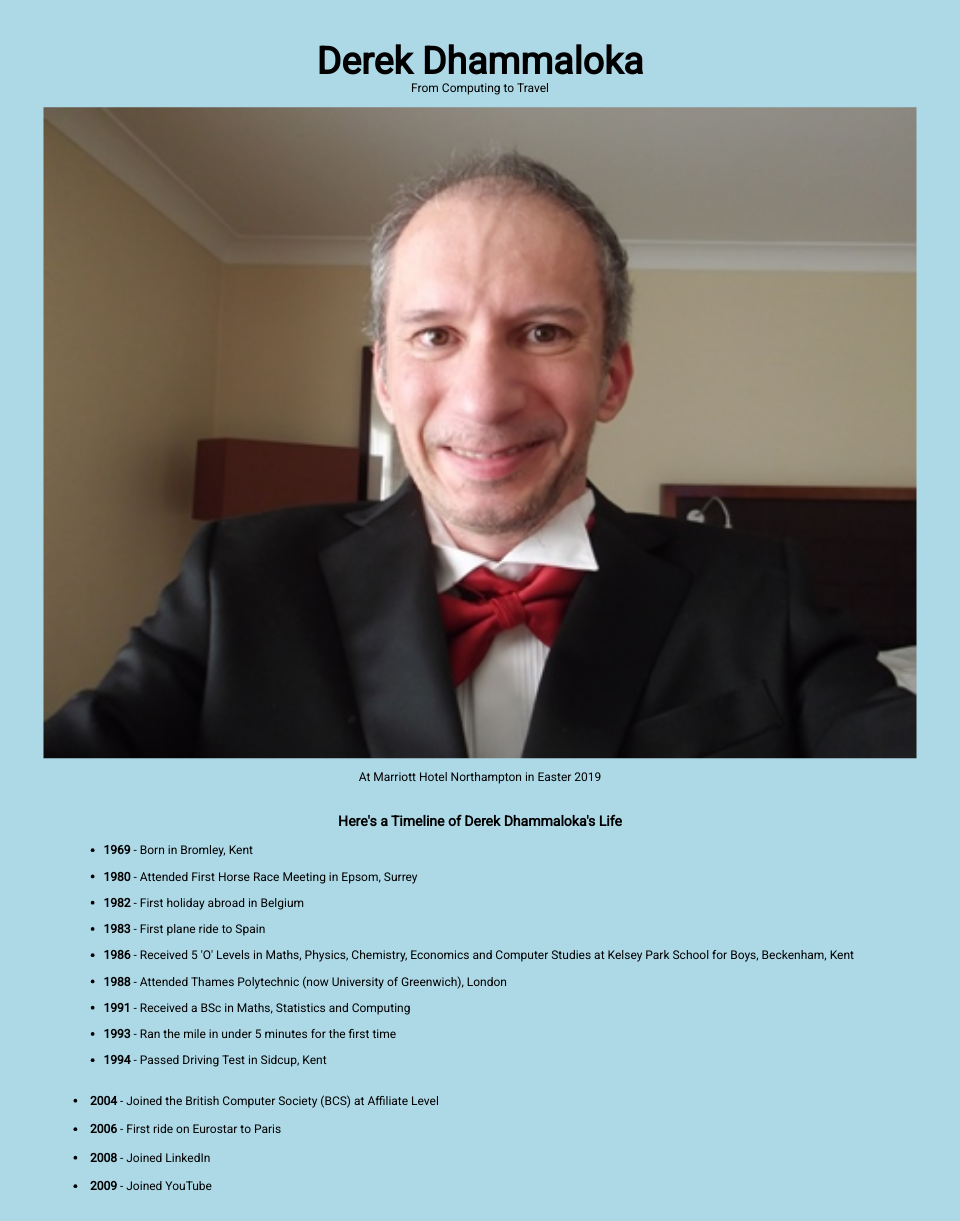
Repository: derektypist/tribute-page
Page: index.html
The author's editor kept a record of every edit. The page is drawn from the files as they stood at one moment, then again after the next edit.
The browser window is 1280 px wide. The pictures show the whole page, at 75% of full size.

Above is the page before.

### index.html
<!DOCTYPE html>
<html lang="en">

<head>
    <meta charset="UTF-8">
    <meta name="viewport" content="width=device-width, initial-scale=1.0">
    <meta http-equiv="X-UA-Compatible" content="ie=edge">
    <title>Derek Dhammaloka Tribute Page</title>
    <!-- Load Style Sheets -->
    <link href="https://fonts.googleapis.com/css?family=Roboto&display=swap" rel="stylesheet">
    <style>
        /* Main Styles */

        #main {
            font-family: "Roboto", Arial, Verdana, sans-serif;
            background-color: lightblue;
            padding: 10px;
            text-align: center;
        }



        /* Title */

        #title {
            font-weight: 700;
            font-size: 50px;
            text-align: center;
        }


        /* Images */

        #img-div {
            position: relative;
            bottom: 35px;
        }

        #image {
            width: 100%;
            display: block;
            height: auto;
        }

        #img-caption {
            position: relative;
            top: 15px;
        }

        /* Tribute Info */

        #tribute-info {

            text-align: left;
            margin-left: 80px;

        }
    </style>
</head>

<body id="main">
    <!-- Set Header Element -->
    <header>
        <h1 id="title">Derek Dhammaloka</h1>
    </header>

    <!-- Set Main Element -->
    <main>

        <!-- Display Image with its Caption -->
        <div id="img-div">
            <p>From Computing to Travel</p>
            <figure>
                <img src="derek.JPG" id="image" title="At Marriott Hotel Northampton - Easter 2019" alt="At Marriott Hotel Northampton - Easter 2019">
                <figcaption id="img-caption">At Marriott Hotel Northampton in Easter 2019</figcaption>
            </figure>
        </div>
        <section>
            <h3>Here's a Timeline of Derek Dhammaloka's Life</h3>
            <!-- Display Tribute Information -->
            <article id="tribute-info">
                <!-- Display Information for 1969 -->
                <ul>
                    <li><strong>1969 </strong>- Born in Bromley, Kent</li>
                </ul>

                <!-- Display Information for 1980 -->
                <ul>
                    <li><strong>1980 </strong>- Attended First Horse Race Meeting in Epsom, Surrey</li>
                </ul>

                <!-- Display Information for 1982 -->
                <ul>
                    <li><strong>1982 </strong>- First holiday abroad in Belgium</li>
                </ul>

                <!-- Display Information for 1983 -->
                <ul>
                     <li><strong>1983 </strong>- First plane ride to Spain</li>
                </ul>

                <!-- Display Information for 1986 -->
                <ul>
                    <li><strong>1986 </strong>- Received 5 'O' Levels in Maths, Physics, Chemistry, Economics and Computer Studies at Kelsey Park School for Boys, Beckenham, Kent</li>
                </ul>

                <!-- Display Information for 1988 -->
                <ul>
                    <li><strong>1988 </strong>- Attended Thames Polytechnic (now University of Greenwich), London</li>
                </ul>

                <!-- Display Information for 1991 -->
                <ul>
                   <li><strong>1991 </strong>- Received a BSc in Maths, Statistics and Computing</li>
                </ul>

                <!-- Display Information for 1993 -->
                <ul>
                    <li><strong>1993 </strong>- Ran the mile in under 5 minutes for the first time</li>
                </ul>

                <!-- Display Information for 1994 -->
                <ul>
                    <li><strong>1994 </strong>- Passed Driving Test in Sidcup, Kent</li>
                </ul>

                <br>
                <li><strong>2004 </strong>- Joined the British Computer Society (BCS) at Affiliate Level</li>
                <br>
                <li><strong>2006 </strong>- First ride on Eurostar to Paris</li>
                <br>
                <li><strong>2008 </strong>- Joined LinkedIn</li>
                <br>
                <li><strong>2009 </strong>- Joined YouTube</li>
                <br>
            </article>
        </section>
    </main>
</body>

</html>

After the next edit:
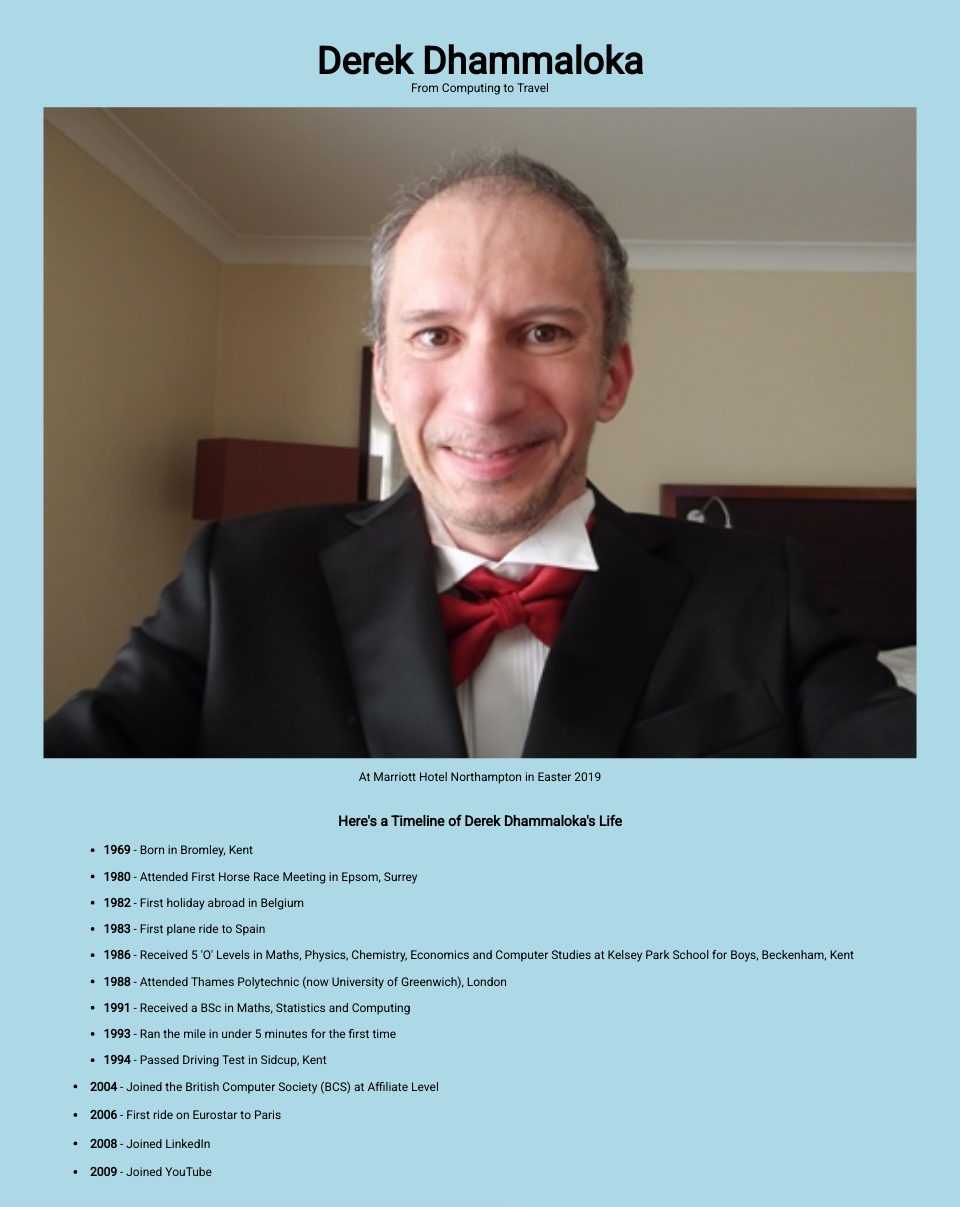
The edit:
--- a/index.html
+++ b/index.html
@@ -124,7 +124,8 @@
                     <li><strong>1994 </strong>- Passed Driving Test in Sidcup, Kent</li>
                 </ul>
 
-                <br>
+                <!-- Display Information for 1997 -->
+
                 <li><strong>2004 </strong>- Joined the British Computer Society (BCS) at Affiliate Level</li>
                 <br>
                 <li><strong>2006 </strong>- First ride on Eurostar to Paris</li>
